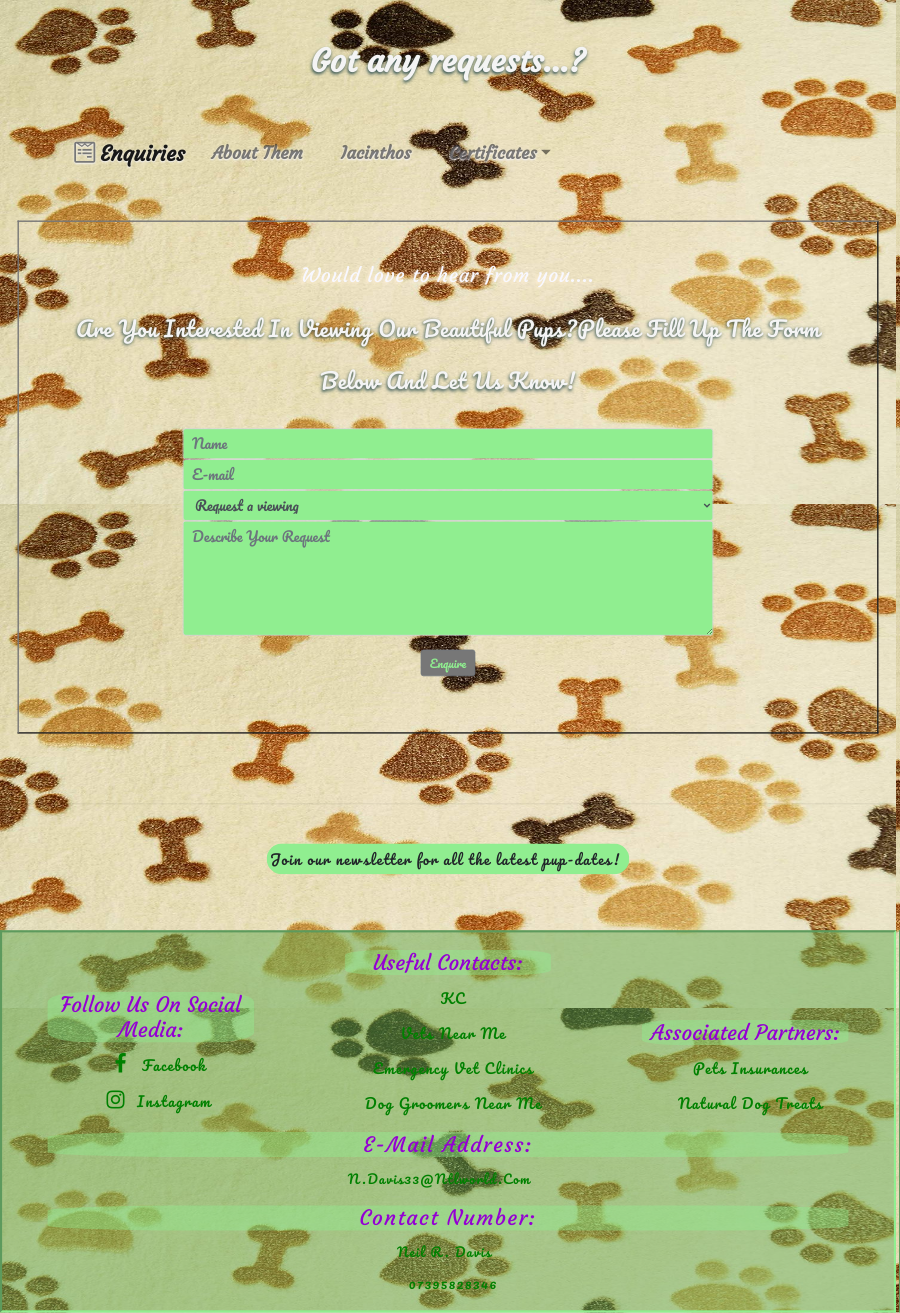
Repository: Code-Institute-Submissions/GeorgiosSklav-Iacinthos-blog
Page: request-form.html
The author's editor kept a record of every edit. The page is drawn from the files as they stood at one moment, then again after the next edit.
The browser window is 1280 px wide. The page is 1285 px wide, so the pictures cover 1285 px, including what lies to the right of the window. The pictures show the whole page, at 70% of full size.
Backgrounds fixed to the window are drawn as part of the page.

Above is the page before.

### request-form.html
<!DOCTYPE html>
<html lang="en">

<head>
    <meta charset="UTF-8">
    <meta name="viewport" content="width=device-width, initial-scale=1.0">
    <meta http-equiv="X-UA-Compatible" content="ie=edge">
    <link rel="stylesheet" href="https://stackpath.bootstrapcdn.com/bootstrap/4.3.1/css/bootstrap.min.css " integrity="sha384-ggOyR0iXCbMQv3Xipma34MD+dH/1fQ784/j6cY/iJTQUOhcWr7x9JvoRxT2MZw1T " crossorigin="anonymous ">
    <title>Iacinthos mini Poodles</title>
    <link rel="stylesheet" href="https://stackpath.bootstrapcdn.com/font-awesome/4.7.0/css/font-awesome.min.css" integrity="sha384-wvfXpqpZZVQGK6TAh5PVlGOfQNHSoD2xbE+QkPxCAFlNEevoEH3Sl0sibVcOQVnN" crossorigin="anonymous">
    <link rel="stylesheet" href="style.css" type="text/css" />
</head>

<body>
    <!--------------------------------------------------------Header-->
    <header class="container">
        <div class="row align-items-start homepage">
            <a href="index.html" class="col-12 logo">
                <h1>Got any requests...?</h1>
            </a>
        </div>
        <nav class="navbar navbar-light navbar-expand-sm">
            <a href="index.html" class="navbar-brand"><i class="fa fa-wpforms"></i>Enquiries</a>
            <button class="navbar-toggler ml-auto" type="button" data-toggle="collapse" data-target="#navbarNavDropdown" aria-controls="Toggle navigation">
            <span class="navbar-toggler-icon"></span></button>
            <div class="collapse navbar-collapse" id="navbarNavDropdown">
                <ul class="navbar-nav mt-auto mt-2 mt-lg-0">
                    <li class="nav-item item2 mr-2"><a class="nav-link" href="about-them.html">About Them</a></li>
                    <li class="nav-item mr-2"><a class="nav-link" href="index.html">Iacinthos</a></li>
                    <li class="nav-item dropdown">
                        <div class="nav-link dropdown-toggle" id="navbarDropdownMenuLink" role="button" data-toggle="dropdown" aria-haspopup="true" aria-expanded="false">
                            Certificates</div>
                        <div class="dropdown-menu" aria-labelledby="navbarDropdownMenuLink">
                            <a class="dropdown-item" href="certificate.html"><i class="fa fa-download"></i>Kennel Club</a>
                            <a class="dropdown-item" href="lineage.html"><i class="fa fa-download"></i>Blood-Lineage</a>
                        </div>
                    </li>
                </ul>
            </div>
        </nav>
    </header>
    <!----------------------------------------main-body-->
    <main>
        <div class="jumbotron-fluid about" id="frame">
            <section class="container-fluid">
                <div class="row about">
                    <div class="col">
                        <h3 class="about-title contact-heading text-center">Would love to hear from you....</h3>
                        <p class="contact capitalise">Are you interested in viewing our beautiful pups?Please fill up the form below and let us know!</p>
                        <div class="center-form">
                            <form>
                                <input type="text" name="name" id="fullname" class="form-control" placeholder="Name" required/>
                                <input type="email" name="email" id="emailaddress" class="form-control" placeholder="E-mail" required/>
                                <select class="form-control control">
                                    <option>Request a viewing</option>
                                    <option>Litter enquiries</option>
                                    <option>Other</option>
                                    </select>
                                <textarea rows="5" name="projectsummary" id="projectsummary" class="form-control" placeholder="Describe Your Request" required></textarea>
                                <div class="form-row text-center">
                                    <div class="col">
                                        <button type="submit" class="btn btn-secondary">Enquire</button>
                                    </div>
                                </div>
                            </form>
                        </div>
                    </div>
            </section>
            </div>
            <hr>
            <!------------------------------------------------ Modal -->
            <button type="button" class="btn btn-color" data-toggle="modal" data-target="#exampleModal">
  Join our newsletter for all the latest pup-dates!
</button>
            <div class="modal fade" id="exampleModal" tabindex="-1" role="dialog" aria-labelledby="exampleModalLabel" aria-hidden="true">
                <div class="modal-dialog" role="document">
                    <div class="modal-content">
                        <div class="modal-header">
                            <h5 class="modal-title" id="exampleModalLabel">Join our family with a flick of your paw!</h5>
                            <button type="button" class="close" data-dismiss="modal" aria-label="Close">
                     <span aria-hidden="true">&times;</span>
        </button>
                        </div>
                        <div class="modal-body">
                            <form class="modal-newsletter">
                                <div class="form-group ">
                                    <input type="email" class="form-control" id="InputEmail2" aria-describedby="emailHelp" placeholder="Your Woof-mail....">
                                </div>
                                <div class="form-group">
                                    <input type="password" class="form-control" id="InputPassword2" placeholder="....and a Woof-password">
                                </div>
                                <div class="form-group form-check">
                                    <input type="checkbox" class="form-check-input" id="exampleCheck1">
                                    <label class="form-check-label" for="Check1">Remember me</label>
                                </div>
                            </form>
                        </div>
                        <div class="modal-footer">
                            <button type="button" class="btn btn-danger" data-dismiss="modal">Close</button>
                            <button type="button" class="btn btn-info">Subscribe</button>
                        </div>
                    </div>
                </div>
            </div>
    </main>

    <!--------------------------------------------------footer-->

    <footer class="container-fluid footer">
        <div class="row align-items-end">
            <div class="col-12 col-md-3 col-lg-3">
                <h4 class="social-title capitalise">Follow us on social media:</h4>
                <ul class="social-links">
                    <li>
                        <a target="_blank" href="https://www.facebook.com/neil.davis.9862">
                            <i class="fa fa-facebook"></i>
                            <span>Facebook</span>
                        </a>
                    </li>
                    <li>
                        <a target="_blank" href="https://instagram.com/neilr.davis?igshid=wmi0mqp5d2se">
                            <i class="fa fa-instagram"></i>
                            <span>Instagram</span>
                        </a>
                    </li>
                </ul>
            </div>
            <div class="col-12 col-md-3 col-lg-3">
                <h4 class="social-title capitalise">Useful contacts:</h4>
                <ul class="social-links">
                    <li>
                        <a target="_blank" href="https://www.thekennelclub.org.uk/">
                            <span class="capitalise">KC</span>
                        </a>
                    </li>
                    <li>
                        <a target="_blank" href="https://www.google.com/search?q=vet+near+me&oq=vet+near&aqs=chrome.0.0j69i57j0l4.4119j0j7&sourceid=chrome&ie=UTF-8">
                            <span class="capitalise">Vets near me</span>
                        </a>
                    </li>
                    <li>
                        <a target="_blank" href="https://www.google.com/search?q=emergency+vet+clinic+near+me&oq=emergency+vet&aqs=chrome.4.69i57j0l5.15430j0j7&sourceid=chrome&ie=UTF-8">
                            <span class="capitalise">Emergency vet clinics</span>
                        </a>
                    </li>
                    <li>
                        <a target="_blank" href="https://www.google.com/search?q=dog+groomer+near+me&oq=dog+groomer&aqs=chrome.1.69i57j0l5.4790j0j7&sourceid=chrome&ie=UTF-8">
                            <span class="capitalise">Dog groomers near me</span>
                        </a>
                    </li>
                </ul>
            </div>
            <div class="col-12 col-md-3 col-lg-3">
                <h4 class="social-title capitalise">Associated partners:</h4>
                <ul class="social-links">
                    <li>
                        <a target="_blank" href="https://www.google.com/search?q=pet+insurance+near+me&oq=pet+ins&aqs=chrome.2.0j69i57j0l4.6094j0j7&sourceid=chrome&ie=UTF-8">
                            <span class="capitalise">pets insurances</span>
                        </a>
                    </li>
                    <li>
                        <a target="_blank" href="https://www.doglistener.co.uk/catalog/natural-dog-treats-0">
                            <span class="capitalise">natural dog treats</span>
                        </a>
                    </li>
                </ul>
            </div>
            <div class="col-12 col-md-3 col-lg-3 contacts">
                <h4 class="social-title capitalise">e-mail address:</h4>
                <p class="capitalise social-links">
                    n.davis33@ntlworld.com
                </p>
                <h4 class="social-title capitalise">Contact number:</h4>
                <ul class="social-links">
                    <li class="social-links capitalise">
                        neil r. davis
                    </li>
                    <li class="capitalise">
                        07395828346
                    </li>
                </ul>
            </div>
        </div>
    </footer>

    <script src="https://code.jquery.com/jquery-3.3.1.slim.min.js" integrity="sha384-q8i/X+965DzO0rT7abK41JStQIAqVgRVzpbzo5smXKp4YfRvH+8abtTE1Pi6jizo" crossorigin="anonymous"></script>
    <script src="https://cdnjs.cloudflare.com/ajax/libs/popper.js/1.14.7/umd/popper.min.js" integrity="sha384-UO2eT0CpHqdSJQ6hJty5KVphtPhzWj9WO1clHTMGa3JDZwrnQq4sF86dIHNDz0W1" crossorigin="anonymous"></script>
    <script src="https://stackpath.bootstrapcdn.com/bootstrap/4.3.1/js/bootstrap.min.js" integrity="sha384-JjSmVgyd0p3pXB1rRibZUAYoIIy6OrQ6VrjIEaFf/nJGzIxFDsf4x0xIM+B07jRM" crossorigin="anonymous"></script>
</body>

</html>

### style.css
@import url('https://fonts.googleapis.com/css?family=Courgette:100,200,300,400,500,600,700|Pacifico:100,200,300,400,500,600,700');

/*------------------------------------------------body background*/

body {
    background-image: url("./Media/footprints.jpg");
    background-size: 100%;
    background-attachment: fixed;
    line-height: 2.5;
    text-align: center;
}

h1 {
    font-family: "Courgette", sans-serif;
    font-weight: 700;
    font-size: 45px;
    color: #f4f4f4;
    text-shadow: -1px 2px 5px #2f4f4f;
    margin-top: 35px;
    margin-bottom: 5px;
    padding-top: 25px;
}

.heading {
    margin: 25px;
}

.capitalise {
    text-transform: capitalize;
}

/*------------------------------------------------Navbar*/

.navbar {
    word-wrap: normal;
    margin-top: 50px;
    margin-bottom: 25px;
}

.navbar-light {
    font-family: 'Courgette', sans-serif;
    font-weight: 600;
    font-size: 25px;
    color: #00008b;
    text-shadow: 0px 2px 3px #f8f8ff;

}

.nav-link {
    margin-right: 15px;
    margin-left: 15px;
}

.nav-link:hover {
    background-color: #90ee90;
    border-radius: 50%;
}

.dropdown-menu {
    background-color: #90ee90;
    font-weight: 600;
    font-size: 20px;
    border-radius: 10%;
    margin: 0;
    padding: 2px;
}

.dropdown-menu ul li:hover {
    background-color: #777;
}

.ml-auto {
    background-color: #90ee90;
}

.navbar i {
    font-size: 35px;
    padding-top: 0;
    padding-bottom: 5px;
    padding-right: 2px;
    margin: 5px;
    color: #777;
}

.navbar-brand {
    font-size: 30px;

}

.navbar-brand:hover {
    background-color: #90ee90;
    border-radius: 50%;
}

.fa-download {
    margin-right: 2px;
    margin-left: 2px;
}

.fa-download:hover {
    color: #90ee90;
}

/*------------------------------------------Media queries*/

@media (max-width: 300px) {
    .ml-auto:hover {
        background-color: #777;
    }
    .dropdown-item:hover {
        background-color: #777;

    }
    #navbarNavDropdown {
        background-color: #777;
    }

    #navbarNavDropdown ul li:hover {
        background-color: #90ee90;
    }
    .social-links,
    .social-title {
        font-size: 30px;
    }
}

@media (max-width: 3800px) {
    .dropdown-menu {
        background-color: #90ee90;
        color: #777;
    }
    .dropdown-item:hover {
        background-color: #777;
        color: #90ee90;
    }

    .col-lg-3 {
        flex: 30%;
        max-width: 100%;
    }
}

/*------------------------------------------------Homepage*/

.homepage a {
    text-decoration: none;
    height: 100%;
}

.introduction {
    height: 90%;
    width: 90%;
}


.img-50 {
    margin-left: 25px;
    width: 100%;
    float: none;
    border-style: groove;
    border-radius: 50%;
}

/*--------------------------------------------texts,p*/

.container-title {
    text-align: center;
    margin: 35px;
    font-family: "Courgette", sans-serif;
    color: #00ffff;
    text-shadow: -1px 2px 5px #2f4f4f;
}

.container-title i {
    font-size: 30px;
    padding: 15px;
    margin: 15px;
}

.dog-name {
    font-family: "Courgette", sans-serif;
    font-weight: 700;
    font-size: 32px;
    margin-left: 25px;
    text-shadow: -3px 2px 5px #191970;
}

/*----------------------------------------about us section*/

.about {
    margin: 25px;
    font-family: "Pacifico", sans-serif;
    font-size: 30px;
    letter-spacing: 1px;
    color: #f4f4f4;
    text-shadow: -1px 2px 5px #2f4f4f;
}
/*text-shadow: -3px 2px 3px #00008b;*/
.about .about-title {
    color: #f8f8ff;
    text-shadow: -3px 2px 5px /*#750909*/#ffefd5;;
}

#frame {
    border: 2px outset #777;
    font-size: 25px;
    margin-top: 45px;
    margin-bottom: 100px;
    padding: 10px;
    font-weight: lighter;
}

/*----------------------------------------newsletter button*/

.btn-color {
    background-color: #90ee90;
    font-family: "Pacifico", sans-serif;
    font-size: 20px;
    letter-spacing: 2px;
    margin: 40px 25px;
    padding-left: 4px;
    border-radius: 50px;
}

.btn-color:hover {
    color: #90ee90;
    background-color: #777;
}

/*----------------------------------------Modal styling*/

.modal-title {
    font-family: "Pacifico", sans-serif;
    font-size: 25px;
    margin: 10px 5px;
}

.modal-content {
    background-color: #90ee90;
    text-shadow: -3px 2px 0.5px #ffefd5;
    color: #777;
}

.modal-footer .btn-danger,
.btn-info {
    margin-right: 20px;
}

.modal-body {
    padding: 0 15px 0 15px;
    top: 5px;
    bottom: 0;
    margin-top: 10px;
}


/*----------------------------------------footer*/

.footer {
    display: inline-block;
    border: 3px inset #90ee90;
    background-color: rgba(100, 170, 80, .5);
    padding-top: 25px;
    margin: 40px 5px 0px 0px;
    text-align: center;
}

.contacts .social-title {
    text-transform: capitalize;
    text-decoration: none;
    font-family: "Courgette", sans-serif;
    font-size: 30px;
    font-weight: 400;
    letter-spacing: 2px;
    color: #9400d3;
}

.social-links {
    list-style: none;
    padding-right: 25px;
    font-family: "Pacifico", sans-serif;
    color: #008000;
    font-size: 18px;
    font-weight: 400;
    letter-spacing: 2px;
}

.social-links li a {
    text-decoration: none;
    font-family: "Pacifico", sans-serif;
    font-size: 20px;
    font-weight: 400;
    letter-spacing: 2px;
    color: #008000;
}

.social-links li a:hover {
    background-color: #777;
    color: #90ee90;
    border-radius: 30%;
}

.social-links li i {
    font-size: 30px;
    height: 45px;
    width: 45px;
}

.social-title {
    word-break: keep-all;
    margin-left: 50px;
    margin-right: 50px;
    font-size: 30px;
    font-family: "Courgette", sans-serif;
    color: #9400d3;
    border-radius: 20%;
    background-color: rgba(144, 238, 144, 0.4);
}

.contact-heading {
    font-family: "Courgette", sans-serif;
    font-weight: 300;
    margin-top: 25px;
    margin-bottom: 20px;
}

.form-control {
    font-size: 20px;
    background-color: #90ee90;
}

.control {
    background-color: #90ee90;
}

.center-form {
    padding: 15px 5px 10px;
    margin: 15px auto;
    max-width: 70%;
}

button[type="submit"] {
    margin-bottom: 20px;
    margin-top: 13px;
    color: #90ee90;
    background-color: #777;
}

button[type="submit"]:hover {
    background-color: #90ee90;
    color: #777;
}

After the next edit:
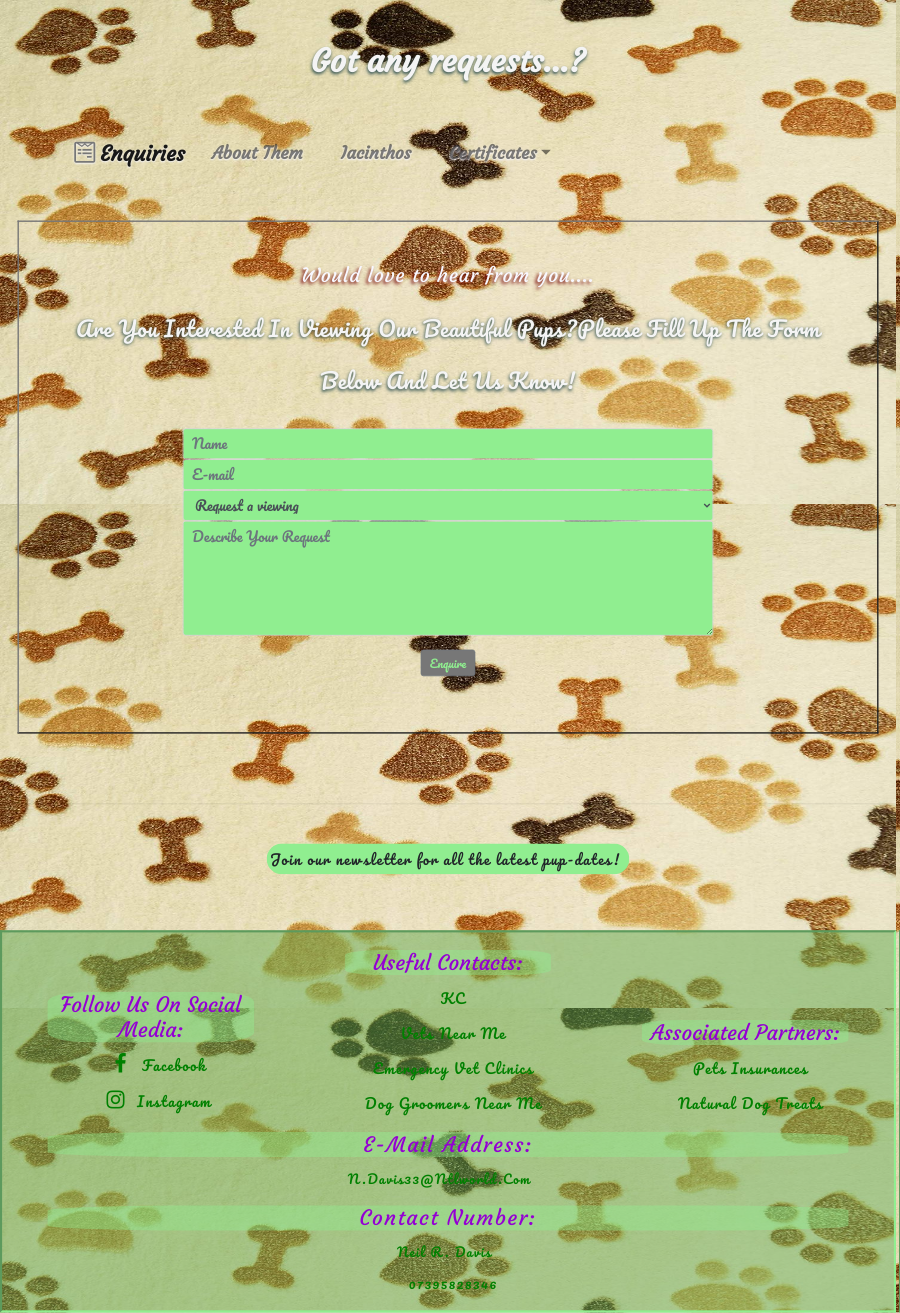
The edit:
--- a/style.css
+++ b/style.css
@@ -195,10 +195,12 @@
     color: #f4f4f4;
     text-shadow: -1px 2px 5px #2f4f4f;
 }
+
 /*text-shadow: -3px 2px 3px #00008b;*/
+
 .about .about-title {
     color: #f8f8ff;
-    text-shadow: -3px 2px 5px /*#750909*/#ffefd5;;
+    text-shadow: -3px 2px 5px #750909;
 }
 
 #frame {
